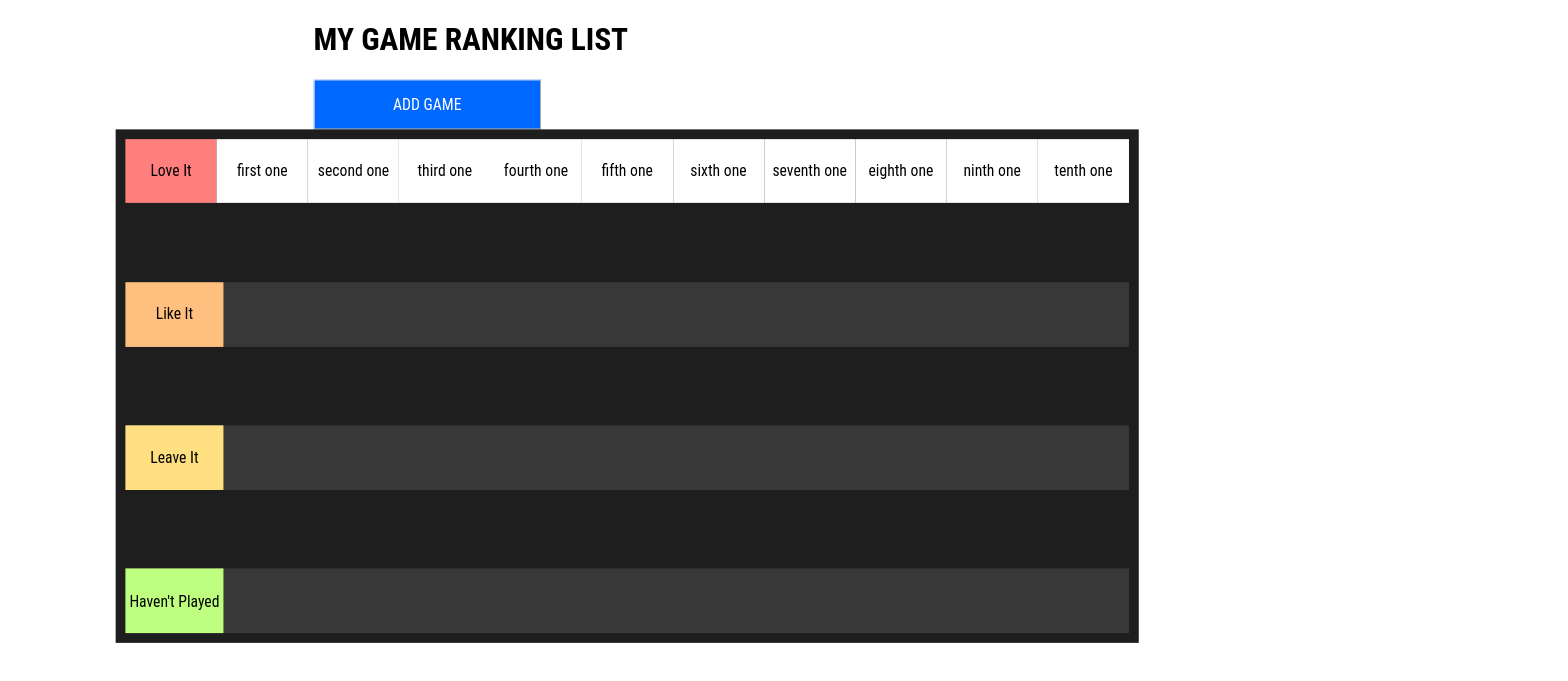
Repository: akiachenise/akiachenise.github.io
Page: JackboxGames_TierList_vanilla/index.html
The author's editor kept a copy of each file at every save. The page is drawn from the files as they stood at one save, then again after the next save.
The browser window is 1280 px wide. The page is 1600 px wide, so the pictures cover 1600 px, including what lies to the right of the window. The pictures show the whole page, at 98% of full size.

Above is the page before, as saved 2022-11-26 17:40:25.

After the next save:
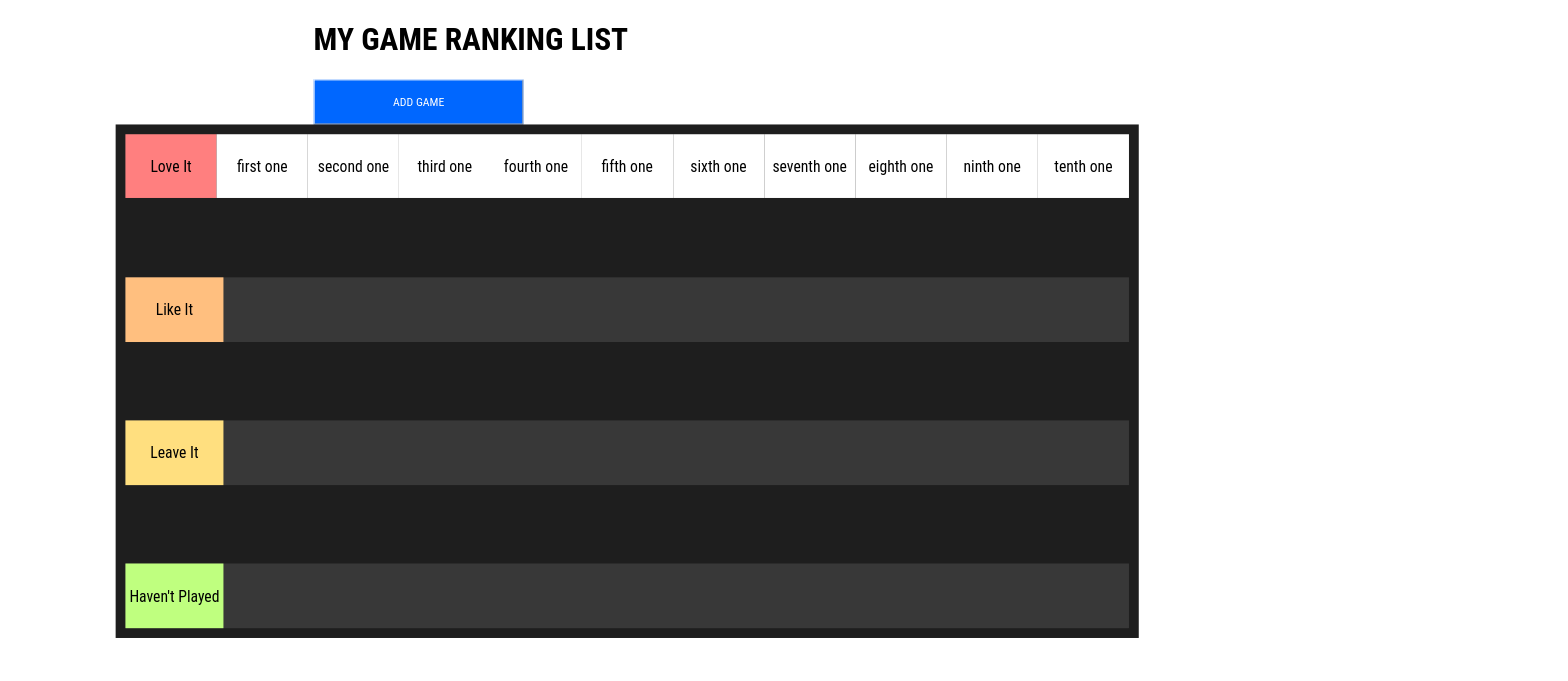
Saved 20 s later.
--- a/JackboxGames_TierList_vanilla/css/stylesheet.css
+++ b/JackboxGames_TierList_vanilla/css/stylesheet.css
@@ -20,7 +20,7 @@ h1 {
 }
 button {
     font-family: 'Roboto Condensed', Sans-serif;
-    font-size: 1rem;
+    font-size: 12px;
     text-transform: uppercase;
     border-width: 1px 1px 1px 1px;
     border-radius: 0px 0px 0px 0px;
